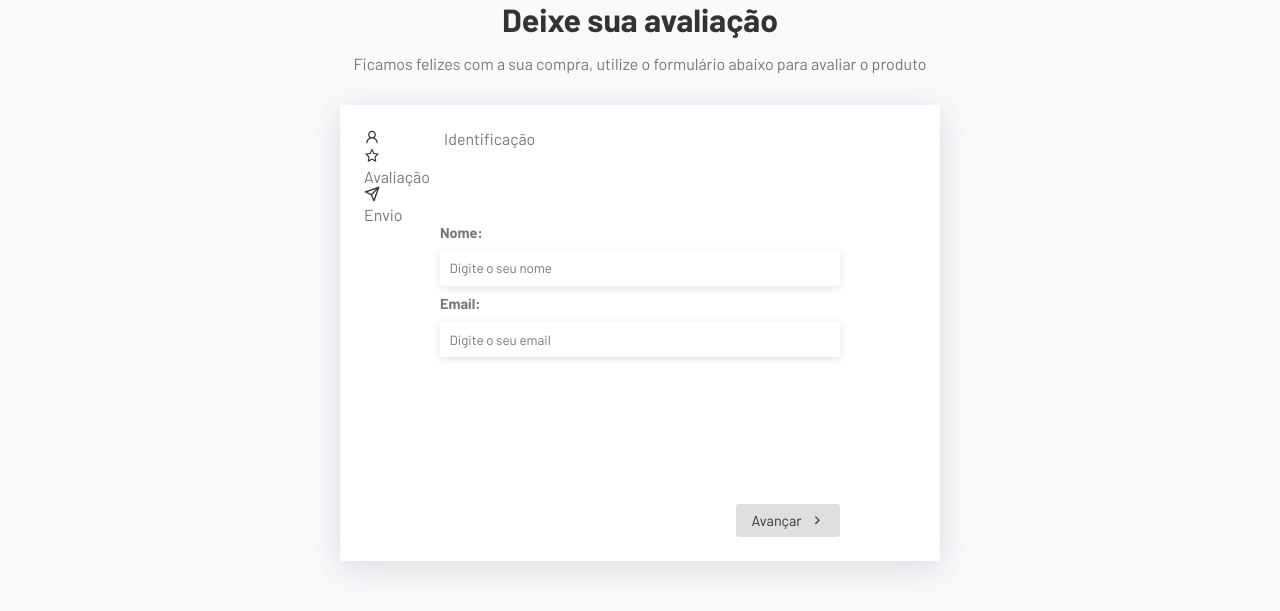
Repository: Bitroia/multistep_form_react
Page: / (app in multistep_form_react/)
These files come from the project's save history. The page is drawn as it stood at one moment and after the next save; the edit follows.
The browser window is 1280 px wide. The pictures show the whole page.
The project was rebuilt for these pictures with package versions that can differ from the ones it lists, and the page was loaded fresh each time. Also part of the build but not shown: multistep_form_react/vite.config.js, multistep_form_react/src/components/ReviewForm.jsx, multistep_form_react/src/components/Thanks.jsx.

Above is the page before, as saved 2026-06-12 14:27:49.

After the next save:
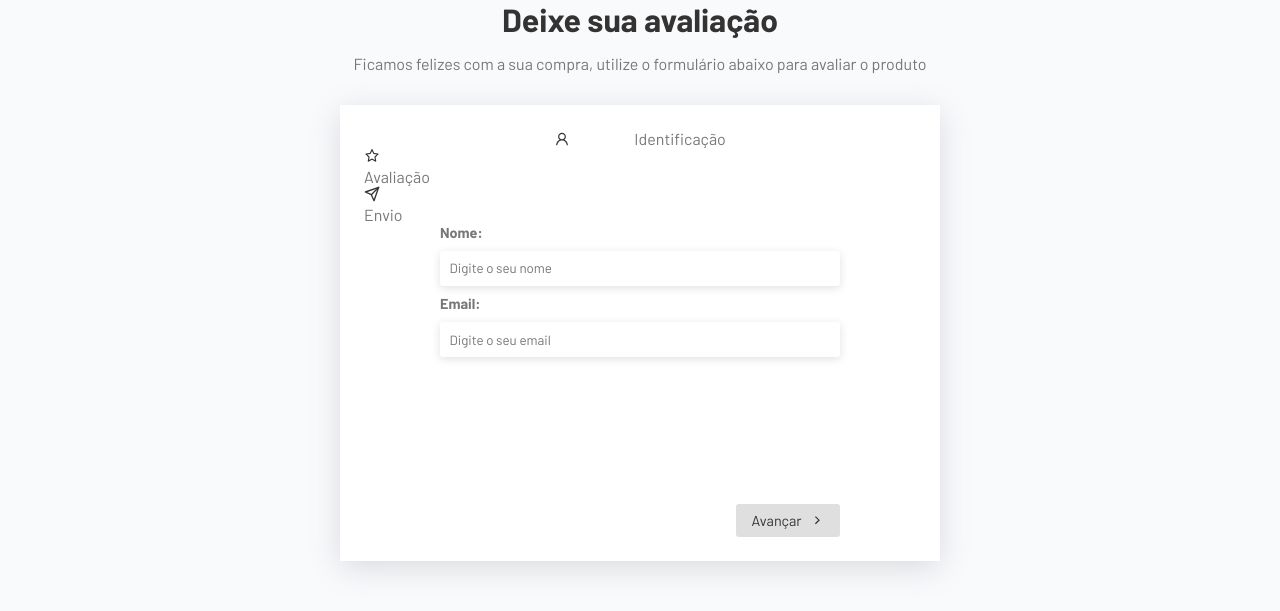
Saved 6 s later.
--- a/multistep_form_react/src/components/Steps.css
+++ b/multistep_form_react/src/components/Steps.css
@@ -1,5 +1,6 @@
 .active{
     display: flex;
     gap: 4rem;
-    justify-content: ;
+    justify-content: center;
+    align-items: center;
 }
